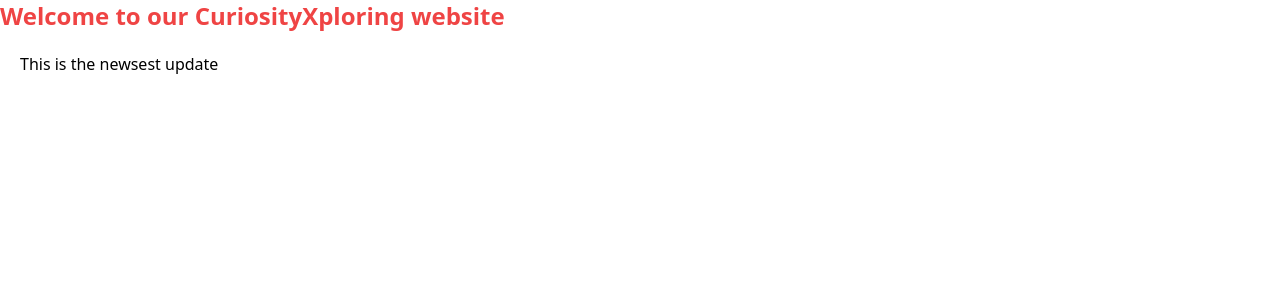
Repository: emorilebo/curiosityxploring-site
Page: /
The author's editor kept a copy of each file at every save. The page is drawn from the files as they stood at one save, then again after a run of saves.
The browser window is 1280 px wide. The pictures show the whole page.
The project was rebuilt for these pictures with package versions that can differ from the ones it lists, and the page was loaded fresh each time. The framework's server and built-in components were replaced by stand-ins that run in the browser. Also part of the build but not shown: next.config.js, styles/Home.module.css.

Above is the page before, as saved 2022-12-11 14:51:05.

### pages/index.js
import Head from "next/head";
import Image from "next/image";
import styles from "../styles/Home.module.css";

export default function Home() {
  return (
    <div >
      <Head>
        <title>
          Curiosityxploring - Amazing global community of worldbest developer
        </title>
        <meta name="description" content="Generated by create next app" />
        <link rel="icon" href="/favicon.ico" />
      </Head>
      <h1 className="text-red-500 font-bold text-2xl">Welcome to our CuriosityXploring website</h1>
      <p className="p-5">This is the newsest update</p>
    </div>
  );
}

### tailwind.config.js
/** @type {import('tailwindcss').Config} */
module.exports = {
  purge: ["./pages/**/*.{js,ts,jsx,tsx}", "./components/**/*.{js,ts,jsx,tsx}"],
  darkMode: false, // or 'media' or 'class'
  theme: {
    extend: {},
  },
  variants: {
    extend: {},
  },
  plugins: [],
};

### components/Layout.jsx
import React from "react";

export default function Layout() {
  return (
    <>
      <div>
        <header>Header</header>
        <main>Main</main>

        <footer>Footer</footer>
      </div>
    </>
  );
}

Loaded but not shown: pages/_app.js (common file); styles/globals.css (common file)

After the next 6 saves:
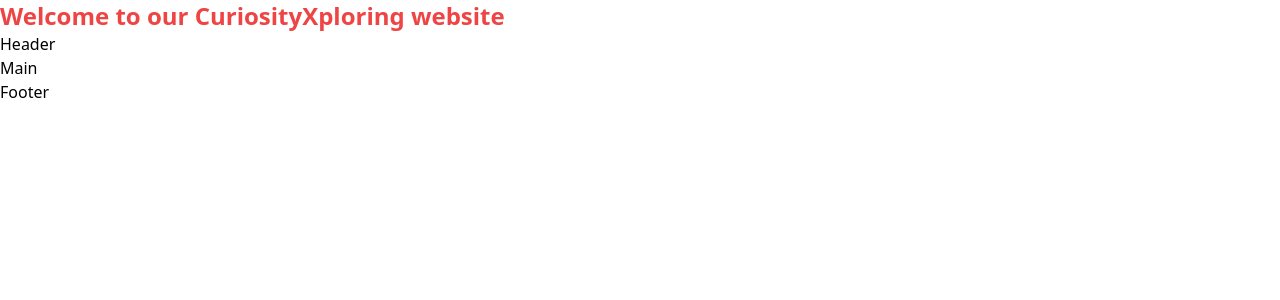
The 6 saves are shown as one change because 2 did not build or start and some came seconds apart.
The last was saved 51 s later.
--- a/pages/index.js
+++ b/pages/index.js
@@ -1,10 +1,11 @@
 import Head from "next/head";
 import Image from "next/image";
+import Layout from "../components/Layout";
 import styles from "../styles/Home.module.css";
 
 export default function Home() {
   return (
-    <div >
+    <div>
       <Head>
         <title>
           Curiosityxploring - Amazing global community of worldbest developer
@@ -12,8 +13,10 @@
         <meta name="description" content="Generated by create next app" />
         <link rel="icon" href="/favicon.ico" />
       </Head>
-      <h1 className="text-red-500 font-bold text-2xl">Welcome to our CuriosityXploring website</h1>
-      <p className="p-5">This is the newsest update</p>
+      <h1 className="text-red-500 font-bold text-2xl">
+        Welcome to our CuriosityXploring website
+      </h1>
+      <Layout />
     </div>
   );
 }
